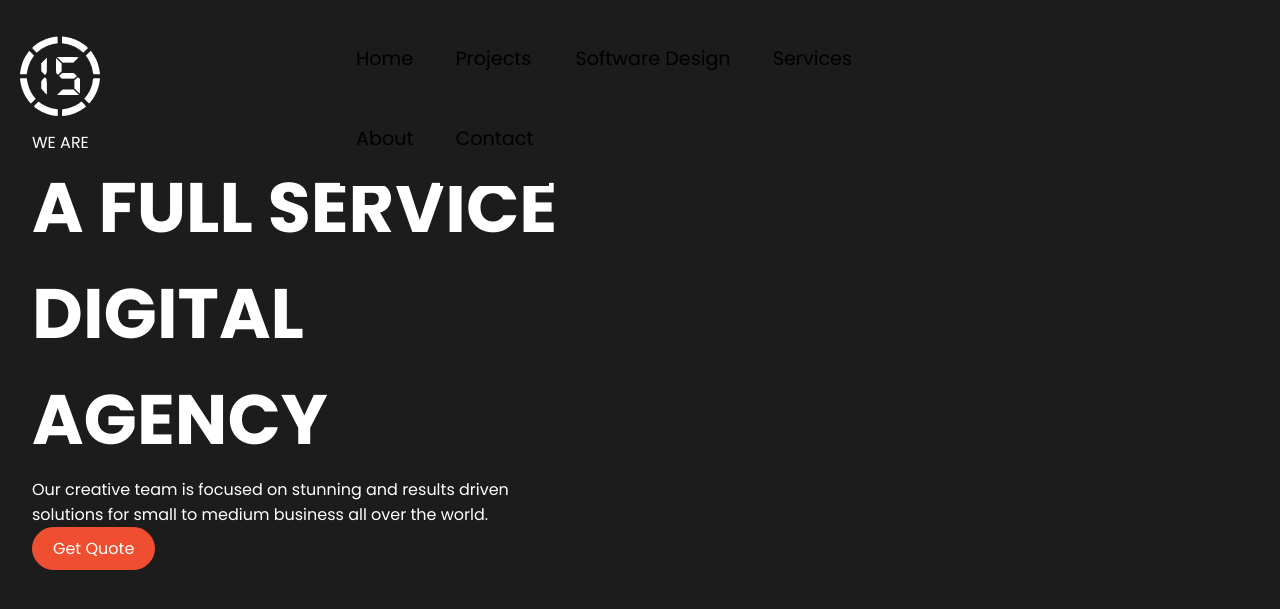
Repository: gopalpurohit54/one5
Page: /
The author's editor kept a copy of each file at every save. The page is drawn from the files as they stood at one save, then again after the next save.
The browser window is 1280 px wide. The pictures show the whole page.
The project was rebuilt for these pictures with package versions that can differ from the ones it lists, and the page was loaded fresh each time.

Above is the page before, as saved 2021-06-11 14:44:03.

### src/index.css
@import url('https://fonts.googleapis.com/css2?family=Poppins:ital,wght@0,100;0,200;0,300;0,400;0,500;0,600;0,700;0,800;0,900;1,100;1,200;1,300;1,400;1,500;1,600;1,700;1,800;1,900&display=swap');

* {
  margin: 0;
  padding: 0;
  outline: none;
  font-family: 'Poppins', sans-serif;
  -webkit-font-smoothing: antialiased;
  -moz-osx-font-smoothing: grayscale;
}

code {
  font-family: source-code-pro, Menlo, Monaco, Consolas, 'Courier New',
    monospace;
}

### src/components/App.js
import React from 'react';
import Navbar from '../components/Navbar';
import { BrowserRouter as Router, Switch, Route } from 'react-router-dom';
import './App.css';
import Home from '../components/Pages/Home';

function App() {
  return (
    <>
    <Router>
      <Navbar />
      <Switch>
        <Route path='/' exact component= {Home} />
      </Switch>
    </Router>
    </>
  );
}



export default App

### src/components/navbar.js
import React, { useState } from 'react';
import { Link } from 'react-router-dom';
import './Navbar.css';

function Navbar() {

    const [click, setClick] = useState(false);

    const handleClick = () => setClick(!click);
    const closeMobileMenu = () => setClick(false);

    return (
        <>
            <nav className="navbar">
                <div className="navbar-container">
                    <Link to="/" className="navbar-logo" onClick= {closeMobileMenu}>
                        <img src="/logo-white.png" alt="" />
                    </Link>
                </div>
                <div className="menu-icon" onClick= {handleClick}>
                    <i className= { click ? 'fas fa-times' : 'fas fa-bars'} />
                </div>
                <ul className= { click ? 'nav-menu active' : 'nav-menu'}>
                    <li className= 'nav-item'>
                        <Link to= '/home' className='nav-links' onClick= {closeMobileMenu}>
                            Home
                        </Link>
                    </li>
                    <li className= 'nav-item'>
                        <Link to= '/projects' className='nav-links' onClick= {closeMobileMenu}>
                            Projects
                        </Link>
                    </li>
                    <li className= 'nav-item'>
                        <Link to= '/software-design' className='nav-links' onClick= {closeMobileMenu}>
                            Software Design
                        </Link>
                    </li>
                    <li className= 'nav-item'>
                        <Link to= '/services' className='nav-links' onClick= {closeMobileMenu}>
                            Services
                        </Link>
                    </li>
                    <li className= 'nav-item'>
                        <Link to= '/about' className='nav-links' onClick= {closeMobileMenu}>
                            About
                        </Link>
                    </li>
                    <li className= 'nav-item'>
                        <Link to= '/contact' className='nav-links' onClick= {closeMobileMenu}>
                            Contact
                        </Link>
                    </li>
                </ul>
            </nav>
        </>
    )
}

export default Navbar

### src/components/App.css

* {
    box-sizing: border-box;
    margin: 0;
    padding: 0;
    font-family: 'Poppins', sans-serif;
    background: #1c1c1c;
  }

### src/components/Pages/Home.js
import React from 'react';
import '../App.css';
import  HeroSection from '../HeroSection';

function Home() {
    return (
        <>
            <HeroSection />
        </>
    )
}

export default Home

### src/components/navbar.css
:root {
    --primary: #F04E31;
}

.navbar {
    background: transparent;
    height: 80px;
    display: flex;
    justify-content: flex-start;
    font-size: 1.2rem;
    position: sticky;
    top: 5%;
    z-index: 999;
}

.navbar-container {
    display: flex;
    justify-content: left;
    align-items: left;
    height: 80px;
    /* max-width: 1500px; */
}

.navbar-logo {
    justify-self: start;
    margin-left: 20px;
    cursor: pointer;
    display: flex;
    align-items: center;
}

.nav-menu {
    display: grid;
    grid-template-columns: repeat(4, auto);
    grid-gap: 10px;
    list-style: none;
    text-align: left;
    width: 60vw;
    justify-content: end;
    margin-right: 2rem;
}

.nav-item {
    height: 70px;
  }

  .nav-links {
    color: #000;
    display: flex;
    align-items: left;
    text-decoration: none;
    padding: 0.5rem 1rem;
    height: 100%;
  }

  .nav-links:hover {
    color: var(--primary);
    transition: all 0.2s ease-out;
  }

  .fa-bars {
    color: #fff;
  }

  .fa-bars:hover {
    color: #F04E31;
  }

  .nav-links-mobile {
    display: none;
  }

  .menu-icon {
    display: none;
  }

  @media screen and (max-width: 960px) {
    .NavbarItems {
      position: relative;
    }

    .nav-menu {
      display: flex;
      flex-direction: column;
      width: 100%;
      height: 90vh;
      position: absolute;
      top: 77px;
      left: -100%;
      opacity: 1;
      transition: all 0.5s ease;
    }

    .nav-menu.active {
      background: #fff;
      left: 0;
      opacity: 1;
      transition: all 0.5s ease;
      z-index: 1;
    }

    .nav-links {
      text-align: left;
      padding: 2rem;
      width: 100%;
      display: table;
    }

    .nav-links:hover {
      background-color: #fff;
      color: var(--primary);
      border-radius: 0;
    }

    .navbar-logo {
      position: absolute;
      top: 0;
      left: 0;
      transform: translate(25%, 50%);
    }

    .menu-icon {
      display: block;
      position: absolute;
      top: 0;
      right: 0;
      transform: translate(-100%, 60%);
      font-size: 1.8rem;
      cursor: pointer;
    }

    .fa-times {
      color: #000;
      font-size: 2rem;
    }

    .fa-times:hover {
      color: #F04E31;
    }
    .nav-links-mobile {
      display: block;
      text-align: left;
      margin: 2rem auto;
      border-radius: 4px;
      width: 80%;
      text-decoration: none;
      font-size: 1.5rem;
      background-color: transparent;
      color: #000;
      padding: 14px 20px;
      border: none;
      transition: all 0.3s ease-out;
    }

    .nav-links-mobile:hover {
      background: #fff;
      color: var(--primary);
      transition: 250ms;
    }
  }

### src/components/HeroSection.js
import React, { useState, useEffect } from 'react';
import './App.css';
import { Button } from './Button';
// import anim from '../src/assets/red-blob-hq.gif';
import styled from 'styled-components';
import { motion } from 'framer-motion';

function HeroSection() {

    const Section = styled.section `
        height: 75vh;
        display: flex;
        flex-direction: column;
        justify-content: center;
        align-items: center;
        background: #1c1c1c;
    `;

    const Container = styled.div `
        display: grid;
        grid-template-columns: 1fr 1fr;
        height: 100vh;
        padding: 3rem calc((100vw - 1300px) /2 );

        @media screen and (max-width: 768px){
            grid-grid-template-columns: 1fr;
        }
    `;

    const ColumnLeft = styled.div `
        display: flex;
        color: #fff;
        flex-direction: column;
        justify-content: center;
        align-items: flex-start;
        padding: 5rem 2rem;

        h1 {
            margin-bottom: 0.25rem;
            font-size: 70px;
        }

    `;
    const ColumnRight = styled.div ``

    // eslint-disable-next-line no-unused-vars
    const [button, setButton] = useState(true);

    const showButton = () => {
        if(window.innerWidth <= 960) {
            setButton(false);
        } else {
            setButton(true);
        }
    };

    useEffect ( ( ) => {
        showButton();
    }, []);

    window.addEventListener('resize', showButton);

    return (
        <Section className = 'hero-section'>
            <Container className = 'hero-container'>
                <ColumnLeft className = 'col-left'>
                    <p className = 'hero-shortdesc'>WE ARE</p>
                    <h1>A FULL SERVICE <br/>
                    DIGITAL AGENCY</h1>
                    <p className = 'hero-desc'>Our creative team is focused on stunning and results driven <br/>
                    solutions for small to medium business all over the world.</p>
                    <div className='hero-btn'>
                    <Button className='btn' buttonStyle='btn--primary'>Get Quote</Button>
                    </div>
                </ColumnLeft>
                {/* <ColumnRight className = 'col-right'>
                    <img src= { anim } style= {{ display: 'block', margin: 'auto' }} alt= "Loading..." />
                </ColumnRight> */}
            </Container>
        </Section>
    )
}

export default HeroSection

### src/components/Button.js
import React from 'react';
import './Button.css';
import { Link } from 'react-router-dom';

const STYLES = ['btn--primary', 'btn--outline', 'btn--test'];

const SIZES = ['btn--medium', 'btn--large'];

export const Button = ({
  children,
  type,
  onClick,
  buttonStyle,
  buttonSize
}) => {
  const checkButtonStyle = STYLES.includes(buttonStyle)
    ? buttonStyle
    : STYLES[0];

  const checkButtonSize = SIZES.includes(buttonSize) ? buttonSize : SIZES[0];

  return (
    <Link to='/sign-up' className='btn-mobile'>
      <button
        className={`btn ${checkButtonStyle} ${checkButtonSize}`}
        onClick={onClick}
        type={type}
      >
        {children}
      </button>
    </Link>
  );
};

### src/components/Button.css
:root {
    --primary: #F04E31;
}

.btn {
    padding: 8px 20px;
    border-radius: 30px;
    outline: none;
    border: none;
    cursor: pointer;
}

.btn--primary {
    background-color: var(--primary);
    color: #fff;
    border: 1px solid var(--primary);
}

.btn--outline {
    background-color: transparent;
    color: #F04E31;
    padding: 8px 20px;
    border: 1px solid var(--primary);
    transition: all 0.3s ease-out;
}

.btn--medium {
    padding: 8px 20px;
    font-size: 16px;
}

.btn--large {
    padding: 12px 26px;
    font-size: 16px;
}

.btn--medium:hover, .btn--large:hover {
    background: transparent;
    color: #F04E31;
    transition: all 0.3s ease-out;
}

Loaded but not shown: public/index.html (common file); src/index.js (common file); src/reportWebVitals.js (common file)

After the next save:
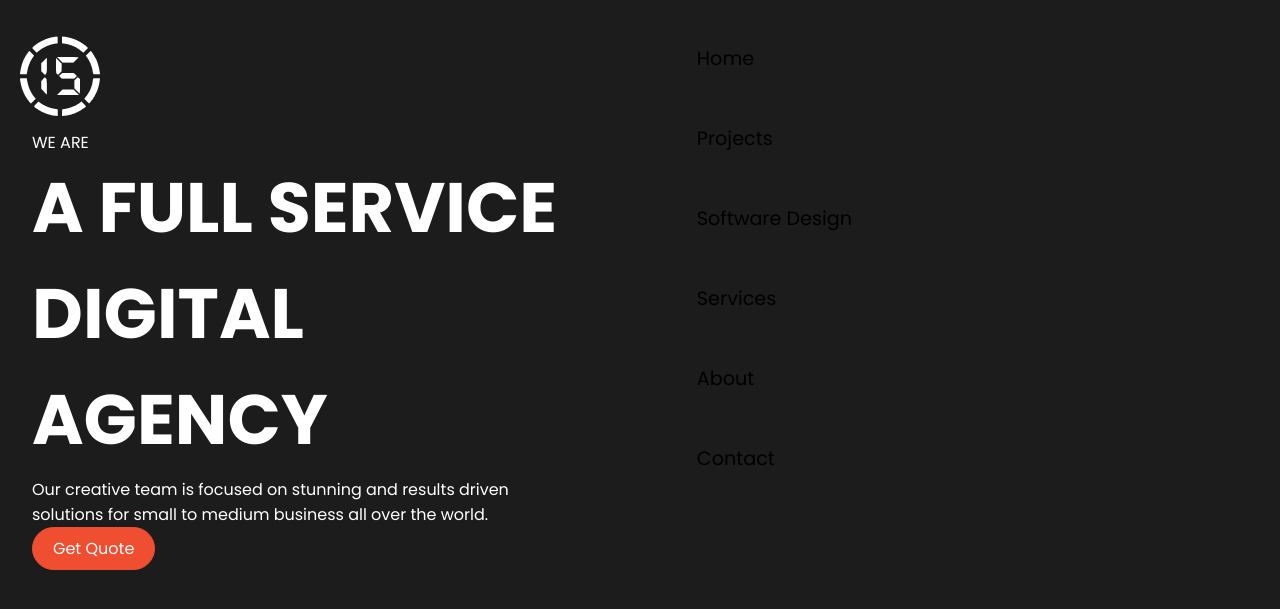
Saved 33 s later.
--- a/src/components/navbar.css
+++ b/src/components/navbar.css
@@ -31,7 +31,7 @@
 
 .nav-menu {
     display: grid;
-    grid-template-columns: repeat(4, auto);
+
     grid-gap: 10px;
     list-style: none;
     text-align: left;

After the 2 saves that followed:
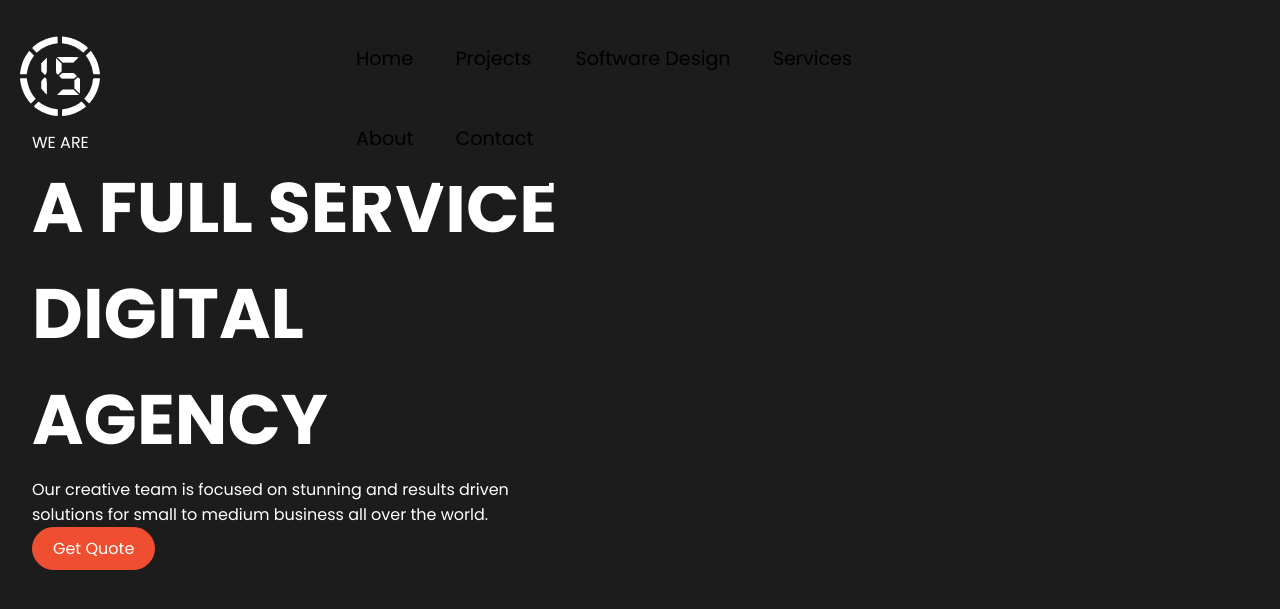
The 2 saves are shown as one change because 1 left the picture as it was.
The last was saved 4 min 23 s later.
--- a/src/components/navbar.css
+++ b/src/components/navbar.css
@@ -31,7 +31,7 @@
 
 .nav-menu {
     display: grid;
-
+    grid-template-columns: repeat(4, auto);
     grid-gap: 10px;
     list-style: none;
     text-align: left;
